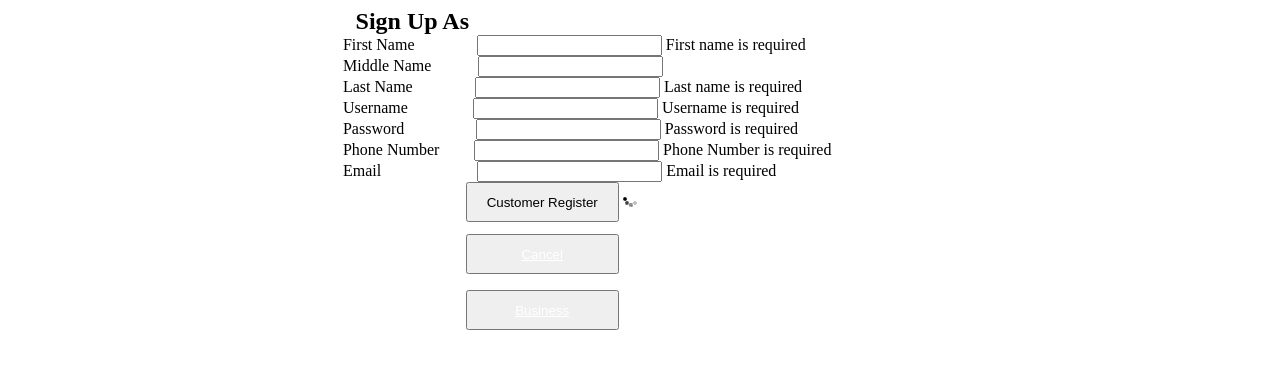
Repository: jsah9105/goandbook
Page: http://localhost/letgetbook/view/signupPage.jsp
An editor plug-in stored every save of this project. The page is shown before and after the next save, followed by the edit.
The browser window is 1280 px wide. The pictures show the whole page.
The page is served by Tomcat 9.

Above is the page before, as saved 2017-01-08 04:14:42.

After the next save:
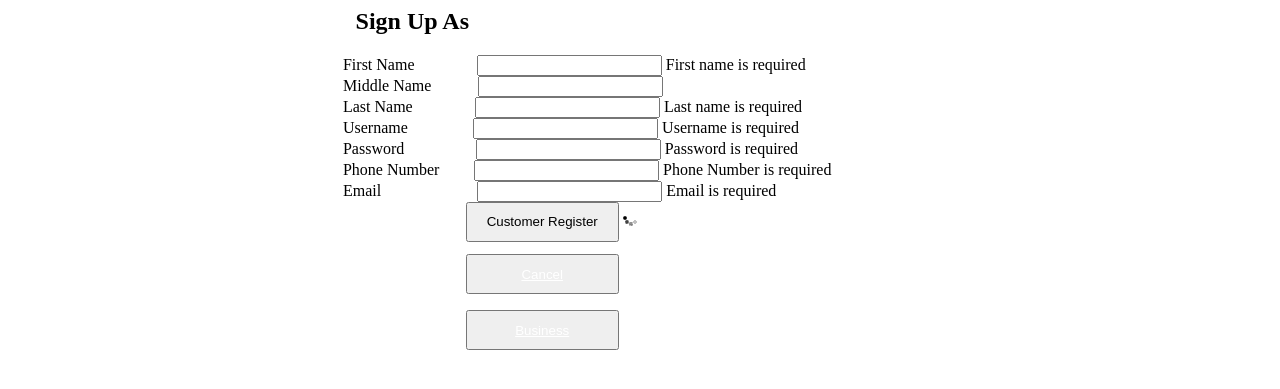
Saved 96 min 28 s later.
--- a/letgetbook/src/main/webapp/view/signupPage.jsp
+++ b/letgetbook/src/main/webapp/view/signupPage.jsp
@@ -2,7 +2,7 @@
 
 	<div class="container">
 		<div style="width: 50%; margin: auto;">
-			<h2 style="color: black; margin: auto; margin-left: 5%;">Sign Up As</h2>
+			<h2 style="color: black;  margin-left: 5%;">Sign Up As</h2>
 
 			<div class="form-actions" style="margin: auto; margin-left: 3%">
 			<form name="form" ng-submit="vm.register()" role="form">
